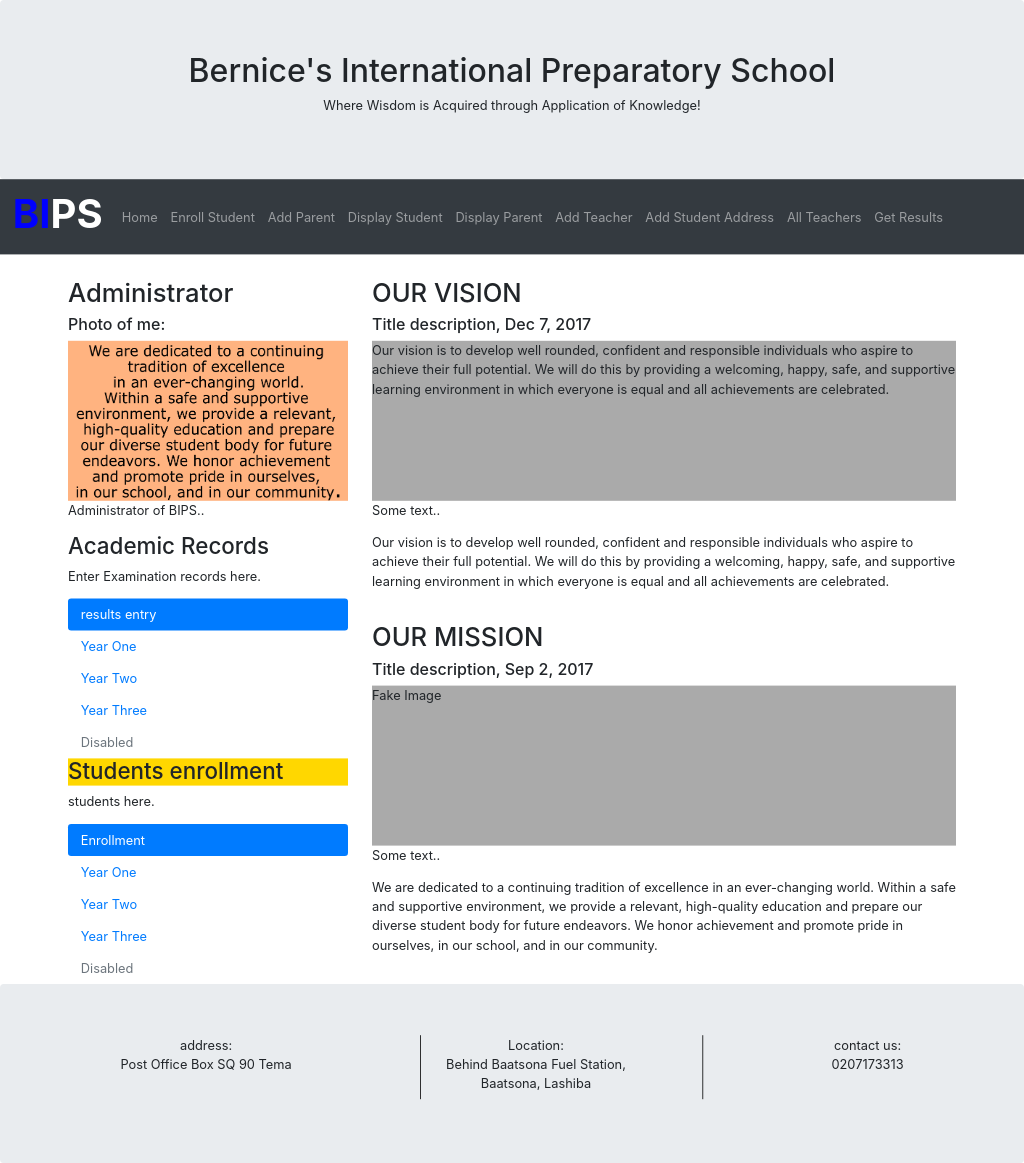
Repository: joseackah/eclipse-workspace
Page: http://localhost/com.school.mgt.system.Front.End/WEB-INF/views/adminPageExample.jsp
These files come from the project's save history. The page is drawn as it stood at one moment and after the next save; the edit follows.
The browser window is 1280 px wide. The pictures show the whole page, at 80% of full size.
The page is served by Tomcat 9. Nobody is signed in. Other server files are loaded and not shown. The template is opened directly, without the code that normally fills it, so the values that code supplies are empty.

Above is the page before, as saved 2021-08-12 21:18:35.

### com.school.mgt.system.Front.End/src/main/webapp/WEB-INF/views/adminPageExample.jsp
<%@ page language="java" contentType="text/html; charset=ISO-8859-1"
    pageEncoding="ISO-8859-1"%>
<!DOCTYPE html>
<html>
<head>
<meta charset="ISO-8859-1">
<title>Home Page</title>
<meta charset="utf-8">
  <meta name="viewport" content="width=device-width, initial-scale=1">
  <link rel="stylesheet" href="https://maxcdn.bootstrapcdn.com/bootstrap/4.5.2/css/bootstrap.min.css">
  <script src="https://ajax.googleapis.com/ajax/libs/jquery/3.5.1/jquery.min.js"></script>
  <script src="https://cdnjs.cloudflare.com/ajax/libs/popper.js/1.16.0/umd/popper.min.js"></script>
  <script src="https://maxcdn.bootstrapcdn.com/bootstrap/4.5.2/js/bootstrap.min.js"></script>
  <style>
  .fakeimg {
    height: 200px;
    background: #aaa;
  }
  </style>
</head>
<body>
<div class="jumbotron text-center" style="margin-bottom:0">
  <h1>Bernice's International Preparatory School</h1>
  <p>Where Wisdom is Acquired through Application of Knowledge!</p>
</div>

<nav class="navbar navbar-expand-sm bg-dark navbar-dark">
  <a class="navbar-brand" href="#"><h1 style="font-size: 50px; font-weight: bold;"><span style="color:blue; font-size:;">BI</span>PS </h1></a>
  <button class="navbar-toggler" type="button" data-toggle="collapse" data-target="#collapsibleNavbar">
    <span class="navbar-toggler-icon"></span>
  </button>
  <div class="collapse navbar-collapse" id="collapsibleNavbar">
    <ul class="navbar-nav">
      <li class="nav-item">
        <a class="nav-link" href="${pageContext.request.contextPath}/general/homePage">Home</a>
      </li>
      <li class="nav-item">
        <a class="nav-link" href="${pageContext.request.contextPath}/schoolStudents/moreStudentsForm">Enroll Student</a>
      </li>
      <li class="nav-item">
        <a class="nav-link" href="${pageContext.request.contextPath}/schoolParents/showParentForm">Add Parent</a>
      </li>
      <li class="nav-item">
        <a class="nav-link" href="${pageContext.request.contextPath}/schoolStudents/displayStudents">Display Student</a>
      </li>
      <li class="nav-item">
        <a class="nav-link" href="${pageContext.request.contextPath}/schoolParents/displayParents">Display Parent</a>
      </li>
      <li class="nav-item">
        <a class="nav-link" href="${pageContext.request.contextPath}/schoolStudents/showStudentsForm">Add Teacher</a>
      </li>
      <li class="nav-item">
        <a class="nav-link" href="${pageContext.request.contextPath}/studentAddress/displayStudentAddress">Add Student Address</a>
      </li>
      <li class="nav-item">
        <a class="nav-link" href="${pageContext.request.contextPath}/schoolTeachers/displayTeachers">All Teachers</a>
      </li>
      <li class="nav-item">
        <a class="nav-link" href="${pageContext.request.contextPath}/general/lowerResults">Get Results</a>
      </li>
    </ul>
  </div>
</nav>

<div class="container" style="margin-top:30px">
  <div class="row">
    <div class="col-sm-4">
      <h2>Administrator</h2>
      <h5>Photo of me:</h5>
      <div class="fakeimg"> <img alt="our mision" src="${pageContext.request.contextPath}/resources/png/mission.png" style="width:100%; height:100%;"/>  </div>
      <p>Administrator of BIPS..</p>

    <!--   academic record start here -->

      <h3>Academic Records</h3>
      <p>Enter Examination records here.</p>
      <ul class="nav nav-pills flex-column">
        <li class="nav-item">
          <a class="nav-link active" href="#">results entry</a>
        </li>
        <li class="nav-item">
          <a class="nav-link" href="#">Year One</a>
        </li>
        <li class="nav-item">
          <a class="nav-link" href="#">Year Two</a>
        </li>
        <li class="nav-item">
          <a class="nav-link" href="#">Year Three</a>
        </li>
        <li class="nav-item">
          <a class="nav-link disabled" href="#">Disabled</a>
        </li>
      </ul>
      <hr class="d-sm-none">

      <!-- academic record ends here -->

      <!-- student starts here -->
       <h3 style="background-color:gold;">Students enrollment</h3>
      <p>students here.</p>
      <ul class="nav nav-pills flex-column">
        <li class="nav-item">
          <a class="nav-link active">Enrollment</a>
        </li>
        <li class="nav-item">
          <a class="nav-link" href="#">Year One</a>
        </li>
        <li class="nav-item">
          <a class="nav-link" href="#">Year Two</a>
        </li>
        <li class="nav-item">
          <a class="nav-link" href="#">Year Three</a>
        </li>
        <li class="nav-item">
          <a class="nav-link disabled" href="#">Disabled</a>
        </li>
      </ul>
      <hr class="d-sm-none">
    <!--   students ends here -->
    </div>

    <!-- mission start here -->
    <div class="col-sm-8">
      <h2>OUR VISION</h2>
      <h5>Title description, Dec 7, 2017</h5>
      <div class="fakeimg">Our vision is to develop well rounded, confident and responsible individuals who aspire to achieve their full potential. We will do this by providing a welcoming, happy, safe, and supportive learning environment in which everyone is equal and all achievements are celebrated. </div>
      <p>Some text..</p>
      <p>Our vision is to develop well rounded, confident and responsible individuals who aspire to achieve their full potential. We will do this by providing a welcoming, happy, safe, and supportive learning environment in which everyone is equal and all achievements are celebrated. </p>

      <!-- mission end here -->

      <br>
      <h2>OUR MISSION</h2>
      <h5>Title description, Sep 2, 2017</h5>
      <div class="fakeimg">Fake Image</div>
      <p>Some text..</p>
      <p>We are dedicated to a continuing tradition of excellence in an ever-changing world. Within a safe and supportive environment, we provide a relevant, high-quality education and prepare our diverse student body for future endeavors. We honor achievement and promote pride in ourselves, in our school, and in our community.</p>
    </div>
  </div>
</div>

<div class="jumbotron text-center" style="margin-bottom:0; align-context: space-between;">
<div style="justify-content: center;">
<div style="display: flex; float: center; justify-content: center;">
<p style="margin-right: 10em">address: <br /> Post Office Box SQ 90 Tema</p> <p style="border-left: 1px solid black; height: 80px; position:fix; left: 35%; padding-right: 2em;"> </p>
<p style="display: flex; float: right;"> Location: <br /> Behind Baatsona Fuel Station, <br> Baatsona, Lashiba </p> <P style="border-left: 1px solid black; height: 80px; position:fix; right: 50%; margin-left: 6em;"> </P>
<p style="margin-left: 10em">contact us:<br/> 0207173313</p>
</div>


</div>
</div>

</body>
</html>

After the next save:
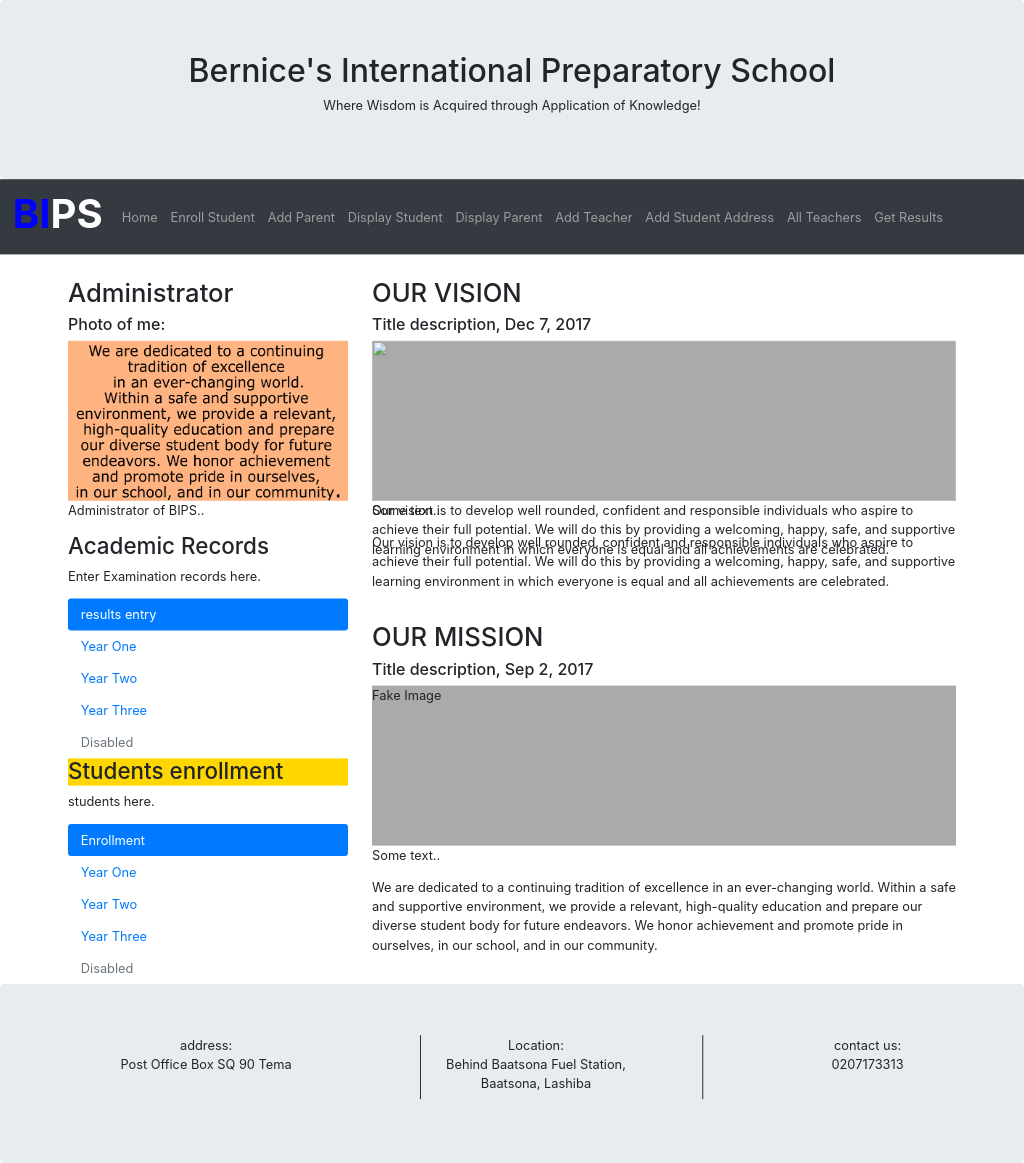
Saved 27 min 44 s later.
--- a/com.school.mgt.system.Front.End/src/main/webapp/WEB-INF/views/adminPageExample.jsp
+++ b/com.school.mgt.system.Front.End/src/main/webapp/WEB-INF/views/adminPageExample.jsp
@@ -123,7 +123,7 @@
     <div class="col-sm-8">
       <h2>OUR VISION</h2>
       <h5>Title description, Dec 7, 2017</h5>
-      <div class="fakeimg">Our vision is to develop well rounded, confident and responsible individuals who aspire to achieve their full potential. We will do this by providing a welcoming, happy, safe, and supportive learning environment in which everyone is equal and all achievements are celebrated. </div>
+      <div class="fakeimg"> <img alt="" src=""${pageContext.request.contextPath}/resources/png/mission.png" style="width:100%; height:100%;""> Our vision is to develop well rounded, confident and responsible individuals who aspire to achieve their full potential. We will do this by providing a welcoming, happy, safe, and supportive learning environment in which everyone is equal and all achievements are celebrated. </div>
       <p>Some text..</p>
       <p>Our vision is to develop well rounded, confident and responsible individuals who aspire to achieve their full potential. We will do this by providing a welcoming, happy, safe, and supportive learning environment in which everyone is equal and all achievements are celebrated. </p>
 
